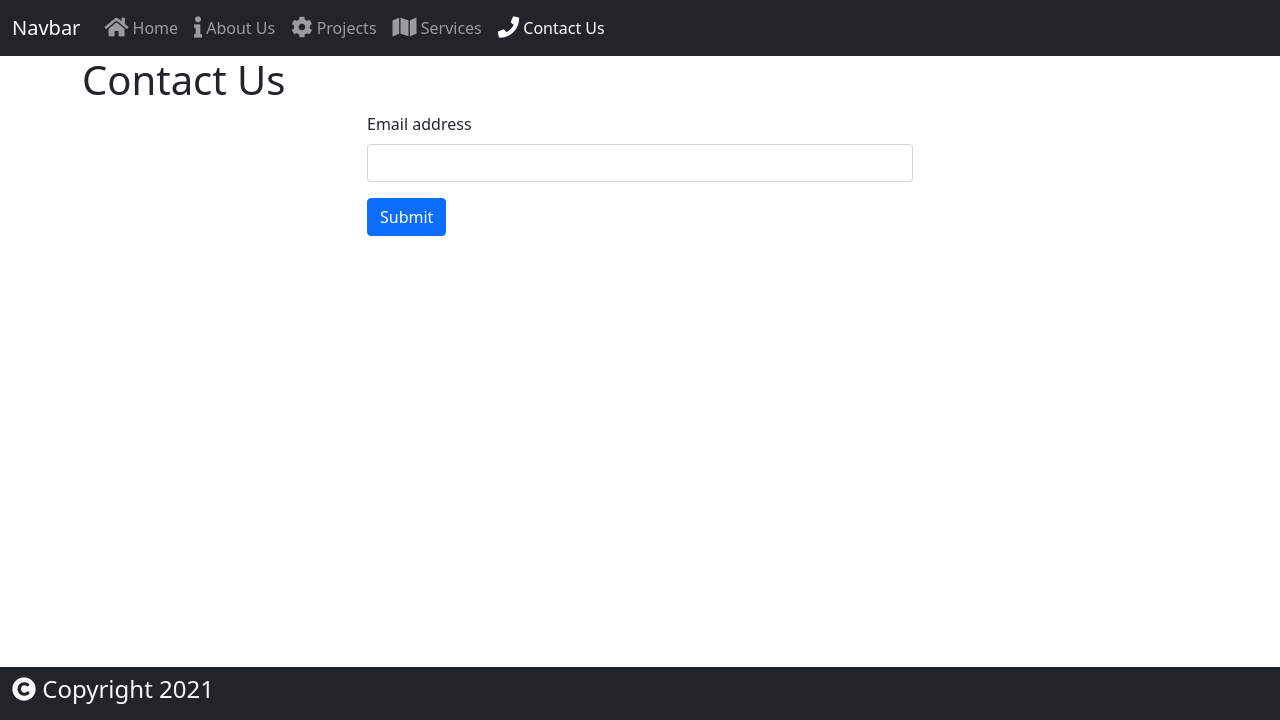
Repository: CKM206/WEBD6201-W2021---ICE1
Page: contact.html
These files come from the project's save history. The page is drawn as it stood at one moment and after the next save; the edit follows.
The browser window is 1280 px wide. The pictures show the whole page.

Above is the page before, as saved 2021-01-21 09:22:06.

### contact.html
<!DOCTYPE html>
<html lang="en">
<head>
    <meta charset="UTF-8">
    <meta name="viewport" content="width=device-width, initial-scale=1.0">
    <title>Contact</title>
    <!-- CSS Section -->
    <!-- Inject Bootstrap first, always-->
    <link rel="stylesheet"
    href="./node_modules/bootstrap/dist/css/bootstrap.min.css">
    <!-- Now inject Icon Fonts using Font Awesome-->
    <link rel="stylesheet"
    href="./node_modules/@fortawesome/fontawesome-free/css/all.min.css">
    <!-- Now inject our custom css-->
    <link rel="stylesheet" href="./Content/app.css">
</head>
<body>
    <!-- Main Header -->
    <header>
      <!-- Main Navigation -->
        <nav class="navbar navbar-expand-lg navbar-dark bg-dark">
            <div class="container-fluid">
              <a class="navbar-brand" href="index.html">Navbar</a>
              <button class="navbar-toggler" type="button" data-bs-toggle="collapse" data-bs-target="#navbarSupportedContent" aria-controls="navbarSupportedContent" aria-expanded="false" aria-label="Toggle navigation">
                <span class="navbar-toggler-icon"></span>
              </button>
              <div class="collapse navbar-collapse" id="navbarSupportedContent">
                <ul class="navbar-nav me-auto mb-2 mb-lg-0">
                  <li class="nav-item">
                    <a class="nav-link" aria-current="page" href="index.html"><i class="fas fa-home fa-lg"></i> Home</a>
                  </li>
                  <li class="nav-item">
                    <a class="nav-link" aria-current="page" href="about.html"><i class="fas fa-info fa-lg"></i> About Us</a>
                  </li>
                  <li class="nav-item">
                    <a class="nav-link" aria-current="page" href="projects.html"><i class="fas fa-cog fa-lg"></i> Projects</a>
                  </li>
                  <li class="nav-item">
                    <a class="nav-link" aria-current="page" href="services.html"><i class="fas fa-map fa-lg"></i> Services</a>
                  </li>
                  <li class="nav-item">
                    <a class="nav-link active" aria-current="page" href="contact.html"><i class="fas fa-phone fa-lg"></i> Contact Us</a>
                  </li>
                </ul>
              </div>
            </div>
          </nav>
    </header>
    <!-- Main Content -->
    <main class="container">
      <h1>Contact Us</h1>

      <div class="row justify-content-lg-center">
        <form class="col-lg-6 col-md-8 col-sm-10">
          <div class="mb-3">
            <label for="exampleInputEmail1" class="form-label">Email address</label>
            <input type="email" class="form-control" id="exampleInputEmail1" aria-describedby="emailHelp">
          </div>
          <button type="submit" class="btn btn-primary">Submit</button>
        </form>
      </div>
    </main>

    <!-- Footer Section -->
    <footer>
        <nav class="navbar fixed-bottom navbar-dark bg-dark">
            <div class="container-fluid">
              <h4 class="text-light"><i class="fas fa-copyright text-light"></i> Copyright 2021</h4>
            </div>
          </nav>
    </footer>

    <!--Script Section-->
    <script src="./node_modules/jquery/dist/jquery.min.js"></script>
    <script src="./node_modules/bootstrap/dist/js/bootstrap.bundle.min.js"></script>
    <script src="./Scripts/app.js"></script>
</body>
</html>

### Content/app.css
/* Custom CSS Here */

### Scripts/app.js
/* Custom Javascript Here */
"use strict"; // Indicate that the code should be executed in "strict mode".

// IIFE - Immediately Invoked Function Expression (Anonymous Self-Executing Function)
//-Acts as a Closure, Limits Scope Leak
(function () {
  function displayHome()
  {
    // This shows different ways of accessing an element; @see index.html <p> on line 51
    //-Each has its own use and solves different problems
    let paragraphOneText = "This is a simple site to demonstrate DOM Manipulation for ICE 1.";
    let paragraphOneElement = document.getElementById("paragraphOne");

    // let aParagraph = document.getElementsByTagName("p")[0];
    // let allParagraphs = document.getElementsByTagName("p");
    // let paragraphOneQuery = document.querySelector("p");
    // let paragraphOneQuerys = document.querySelectorAll("p");

    // Print each variable to the console, see how each one "points" to the same <p> element
    // console.log(paragraphOneElement);
    // console.log(aParagraph);
    // console.log(allParagraphs[0]);
    // console.log(paragraphOneQuery);
    // console.log(paragraphOneQuerys);

    // Assigning values to the textContent of the element we have a reference to
    paragraphOneElement.textContent = paragraphOneText;

    /* We can change the style as well..
      For the most part its best to use css sheets, but this can be useful when attempting
      dynamic effects on the webpage
    */
    //paragraphOneElement.style = "color: blue;";

    /* We can change the class of an element as well...
    * This is probably a better way of assigning css to elements (As compared to above)
    */
    //paragraphOneElement.className = "fs-4 fw-bold";


    // Injecting a new element
    let newParagraph = document.createElement("p");             // Create the Element
    newParagraph.setAttribute("id","paragraphTwo");             // Configure the Element
    newParagraph.textContent = "...And this is Paragraph two"   //--
    let mainContent = document.getElementsByTagName("main")[0]; // Get a reference to the Main Element
    mainContent.appendChild(newParagraph);                      // Append the new Element as a child of main

    // We can still make alterations to this element
    newParagraph.className = "fs-4 fw-bold";

    // Another way of injecting a new Element through Javascript
    let paragraphThree = '<p class ="fs-6">And this is the Third Paragraph</p>';    // Create the Element

    // Notice that this doesnt work, it is assigned as text verbatim, and erases all other content in main
    //mainContent.textContent = paragraphThree;

    let paragraphDiv = document.createElement('div');
    // Converting and Injecting the paragraph, it still erases all other content
    paragraphDiv.innerHTML = paragraphThree;

    // Insertions
    //-Example of insering before a node
    //newparagraph.before(paragraphDiv);

    // Inserting after a node
    newParagraph.after(paragraphDiv);

    // deletions

    //-Removing a single element
    //paragraphOneElement.remove();

    //-Removing a child element
    mainContent.removeChild(paragraphOneElement);

    // Updating & Modification
    //-Targetted Modifcation
    //mainContent.firstElementChild.textContent = "Welcome Home";

    // Bulk modififying mainContent
    //mainContent.innerHTML =
    //'<h1 id="firstHeading">Welcome to WEBD6201 - Lab 1</h1>' +
    //'<p id="paragraphOne" class="fs-3 fw-bold">A new First Paragraph</p>';
  }

  function displayAbout()
  {

  }

  function displayServices()
  {

  }

  function displayProjects()
  {

  }

  function displayContact()
  {

  }

  function Start() {
    console.log("App Started...");

    switch (document.title) {
      case "Home":
        displayHome();
        break;
      case "About":
        displayAbout();
        break;
      case "Projects":
        displayProjects();
        break;
      case "Services":
        displayServices();
        break;
      case "Contact":
        displayContact();
        break;
    }

    // Old Java Script



  }

  window.addEventListener("load", Start);
})();

Loaded but not shown: node_modules/bootstrap/dist/css/bootstrap.min.css (library); node_modules/@fortawesome/fontawesome-free/css/all.min.css (library); node_modules/jquery/dist/jquery.min.js (library); node_modules/bootstrap/dist/js/bootstrap.bundle.min.js (library)

After the next save:
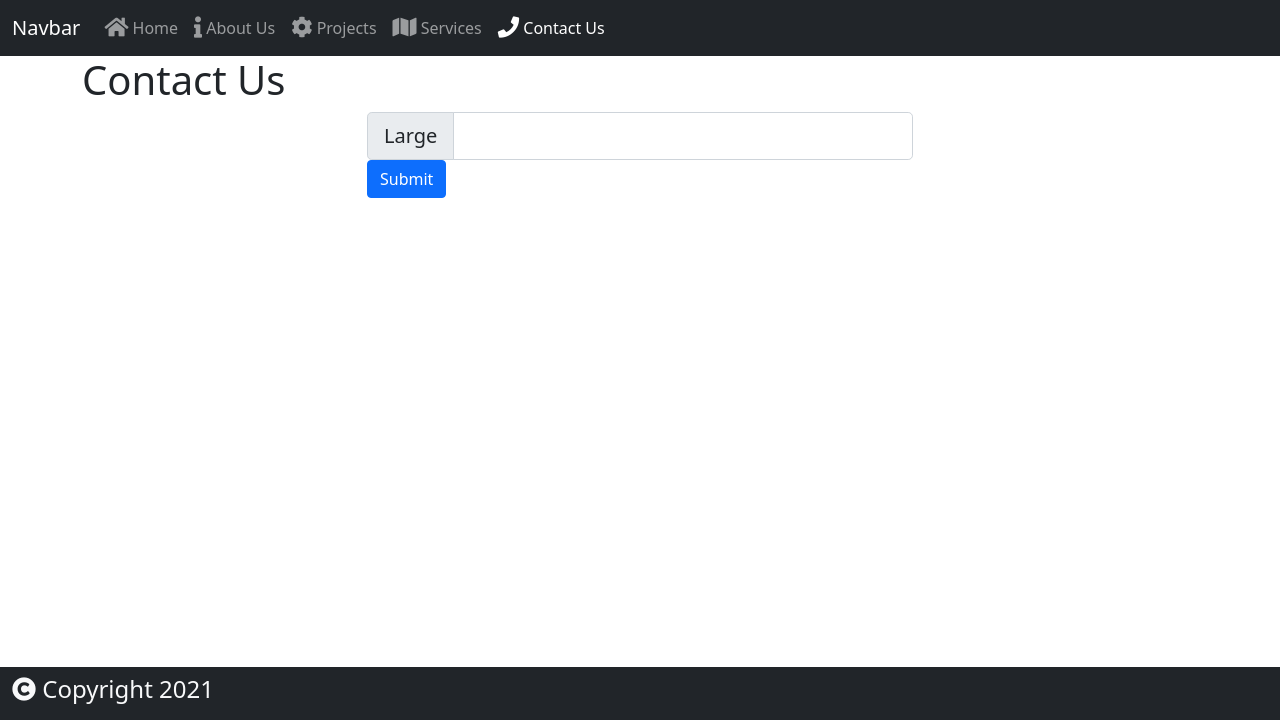
Saved 3 min 57 s later.
--- a/contact.html
+++ b/contact.html
@@ -52,9 +52,9 @@
 
       <div class="row justify-content-lg-center">
         <form class="col-lg-6 col-md-8 col-sm-10">
-          <div class="mb-3">
-            <label for="exampleInputEmail1" class="form-label">Email address</label>
-            <input type="email" class="form-control" id="exampleInputEmail1" aria-describedby="emailHelp">
+          <div class="input-group input-group-lg">
+            <span class="input-group-text" id="inputGroup-sizing-lg">Large</span>
+            <input type="text" class="form-control" aria-label="Sizing example input" aria-describedby="inputGroup-sizing-lg">
           </div>
           <button type="submit" class="btn btn-primary">Submit</button>
         </form>
